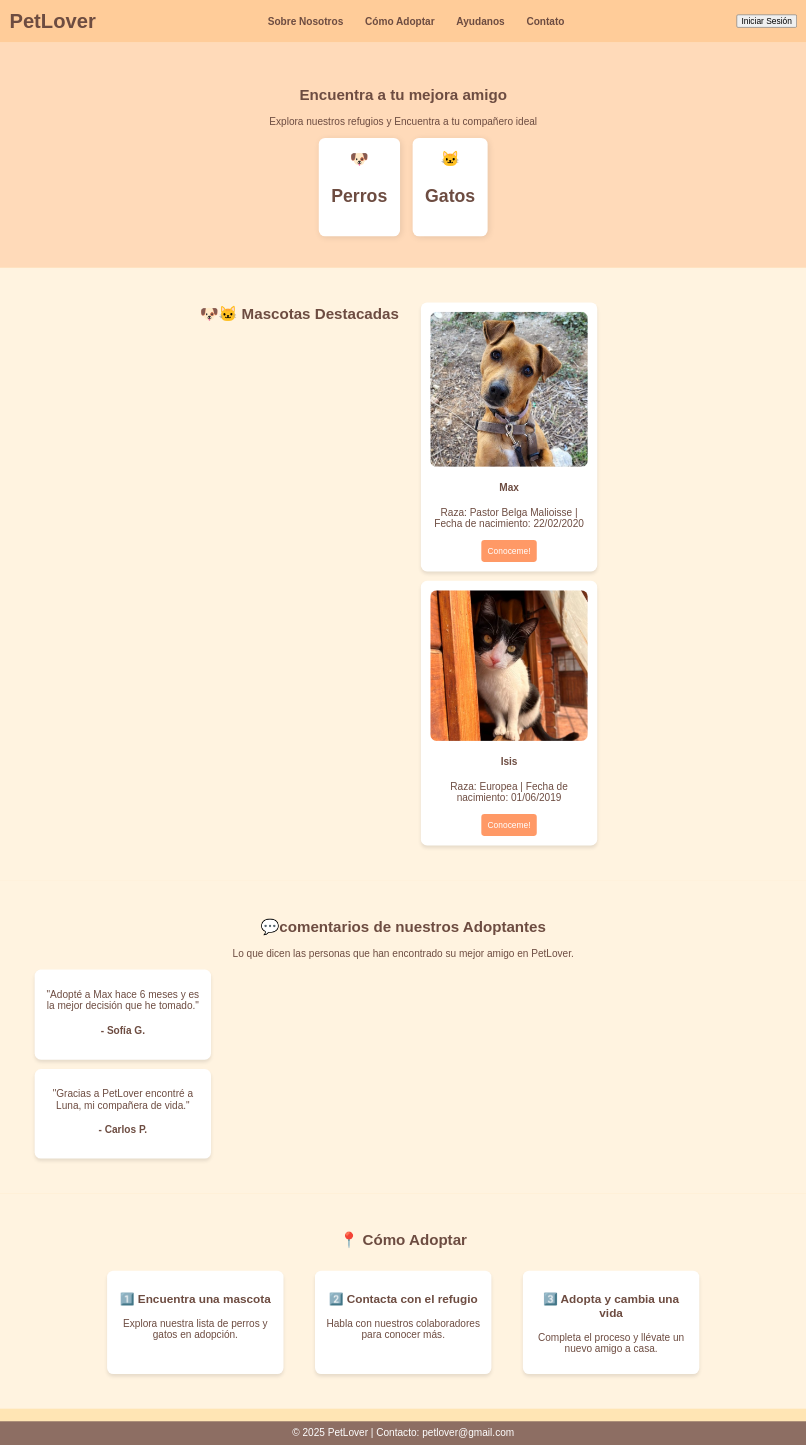
Repository: adriarodrisan/PetLover
Page: Paginas_web/Home_Petlover.html
The author's editor kept a copy of each file at every save. The page is drawn from the files as they stood at one save, then again after the next save.
The browser window is 1280 px wide. The pictures show the whole page, at 63% of full size.

Above is the page before, as saved 2025-02-17 18:10:54.

After the next save:
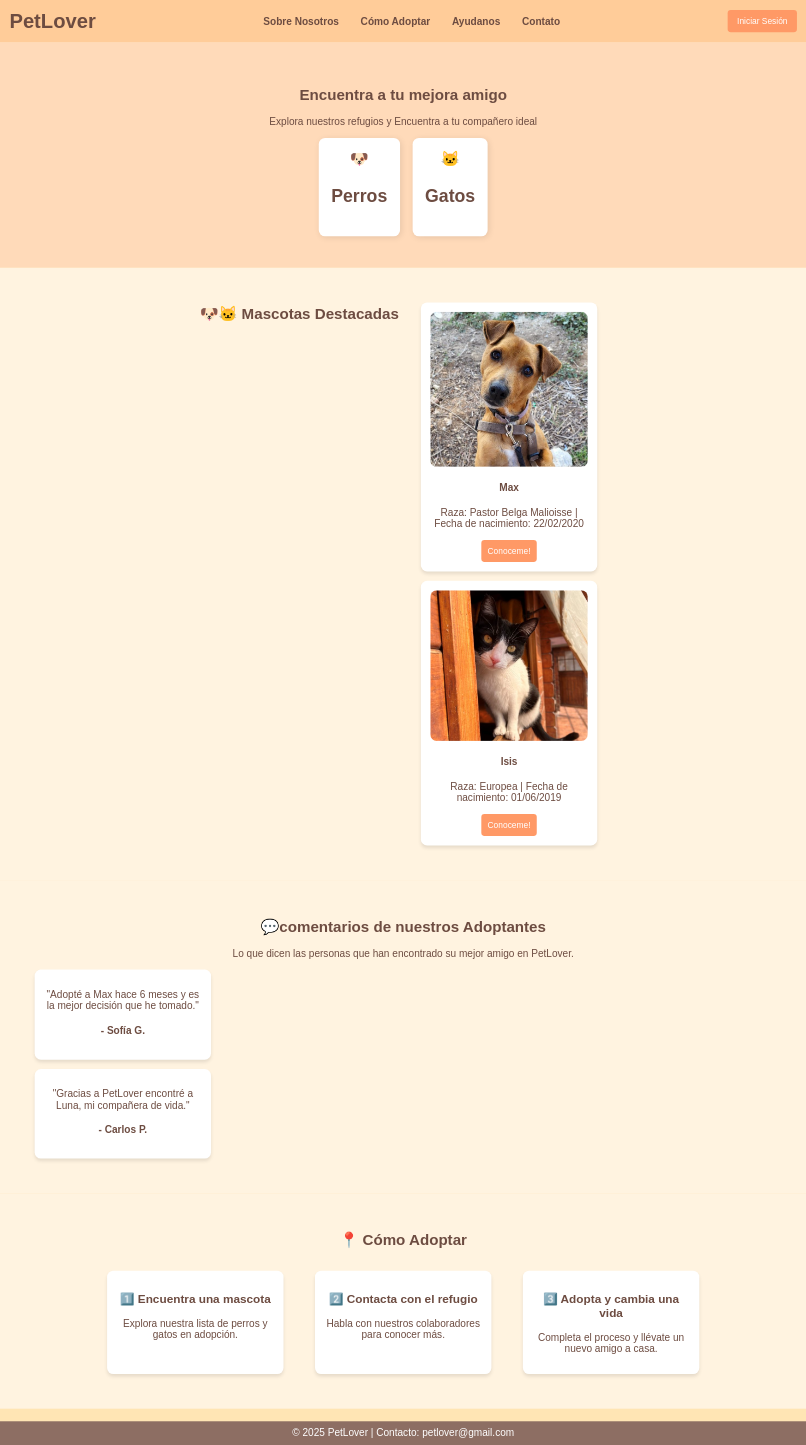
Saved 2 min 17 s later.
--- a/Css_Paginas/Home_Petlover.css
+++ b/Css_Paginas/Home_Petlover.css
@@ -21,7 +21,7 @@
     font-weight: bold;
     margin:0 15px;
 }
-.boton_autenticacion{
+.boton-autenticacion{
     background-color: #FF9966;
     border:none ;
     color: white;
@@ -29,7 +29,7 @@
     border-radius: 5px;
     cursor: pointer;
 }
-.boton_autenticacion:hover{
+.boton-autenticacion:hover{
     background-color: #FF7043;
 }
 .seccion-principal{
